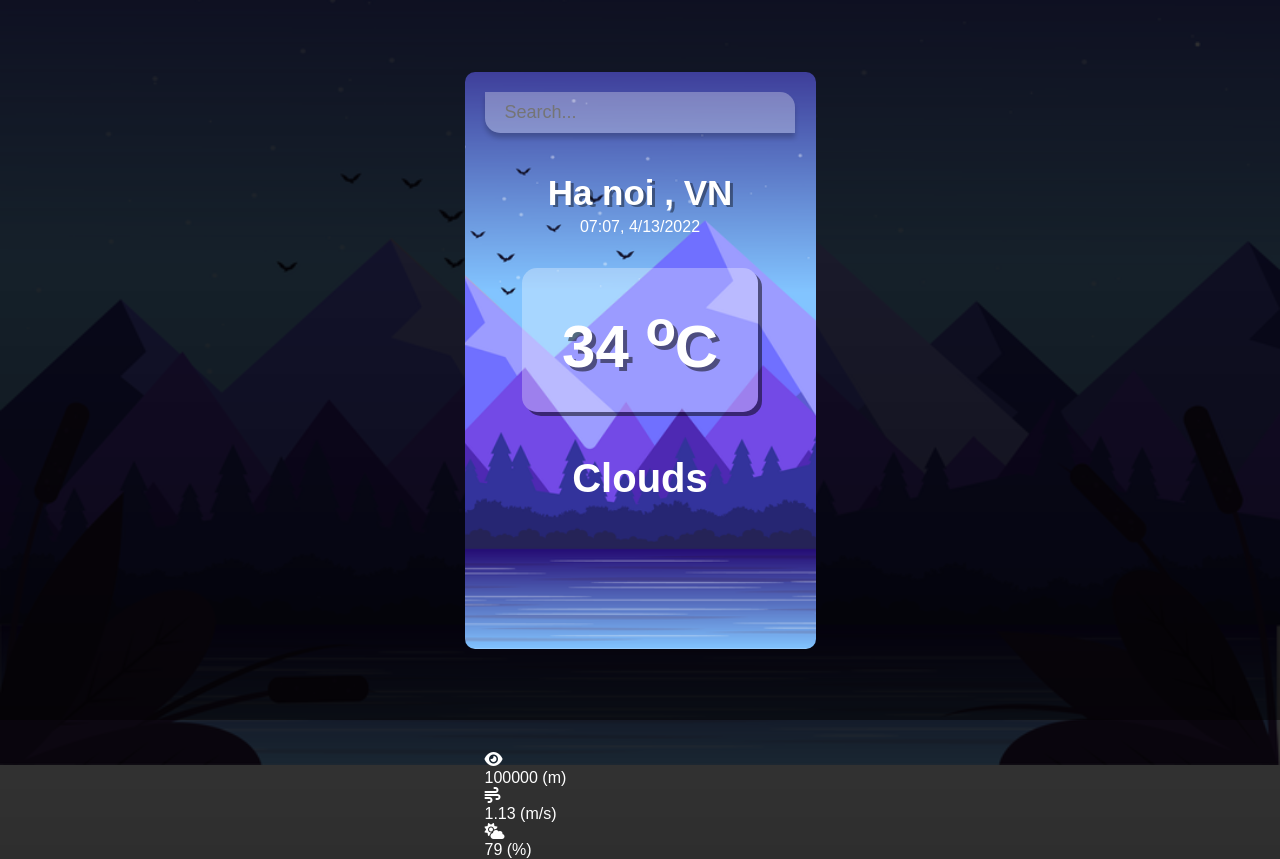
Repository: nganha241/weather-app
Page: index.html
The author's editor kept a copy of each file at every save. The page is drawn from the files as they stood at one save, then again after the next save.
The browser window is 1280 px wide. The pictures show the whole page.
Some web libraries are served in a nearby version.

Above is the page before, as saved 2022-04-13 09:51:01.

### index.html
<!DOCTYPE html>
<html lang="en">
  <head>
    <meta charset="UTF-8" />
    <meta http-equiv="X-UA-Compatible" content="IE=edge" />
    <meta name="viewport" content="width=device-width, initial-scale=1.0" />
    <title>Document</title>
    <link rel="stylesheet" href="./style.css" />
  </head>
  <body>
    <div id="weather">
      <div class="header">
        <input type="text" placeholder="Search..." />
      </div>
      <div class="content">
        <div class="city">Ha noi , <span class="country">VN</span></div>
        <div class="time">07:07, <span class="date">4/13/2022</span></div>
        <div class="deg">
          <p>34 <sup>o</sup> C</p>
        </div>
        <div class="status">Clouds</div>
      </div>
      <div class="footer">
        <div class="detail">
          <div class="distance">
            <div><i class="fa-solid fa-eye"></i></div>
            <div>100000 <span>(m)</span></div>
          </div>
          <div class="speed">
            <div><i class="fa-solid fa-wind"></i></div>
            <div>1.13 <span>(m/s)</span></div>
          </div>
          <div class="humidity">
            <div><i class="fa-solid fa-cloud-sun"></i></div>
            <div>79 <span>(%)</span></div>
          </div>
        </div>
      </div>
    </div>
    <script
      src="https://kit.fontawesome.com/ae971d7ee0.js"
      crossorigin="anonymous"
    ></script>
    <script src="./main.js"></script>
  </body>
</html>

### style.css
* {
    padding: 0;
    margin: 0;
    box-sizing: border-box;
}

body {
    font-family: sans-serif;
    height: 100vh;
    display: flex;
    justify-content: center;
    align-items: center;
    background: linear-gradient(to top, rgba(0, 0, 0, 0.9), rgba(0, 0, 0, 0.8)), url(./img1.png) no-repeat center/cover;
    color: #fff;
}

#weather {
    padding: 20px;
    width: 351px;
    height: 577px;
    border: none;
    border-radius: 10px;
    background: url(./img1.png) no-repeat center/cover;
    position: relative;
}

.header input{
    width: 310px;
    height: 41px;
    border-radius: 0px 15px 0px 15px;
    border: none;
    background: rgba(255, 255, 255, 0.3);
    box-shadow: 0px 5px 5px rgba(0, 0, 0, 0.2);
    outline: none;
    font-size: 18px;
    padding: 0 20px;
    transition: 0.4s;
}

.header input:focus {
    border-radius: 15px 0px 15px 0px;
    background: rgba(255, 255, 255, 0.7);
}

.content {
    margin-top: 40px;
    text-align: center;
}

.city {
    font-size: 35px;
    font-weight: 600;
    text-shadow: 3px 2px rgba(0, 0, 0, 0.4);
}

.time {
    margin-top: 5px;
}

.deg {
    width: 236px;
    height: 144px;
    border-radius: 15px;
    background: rgba(255, 255, 255, 0.3);
    box-shadow: 4px 4px rgba(0, 0, 0, 0.5);
    position: fixed;
    top: 50%;
    left: 50%;
    transform: translate(-50%, -50%);
    display: flex;
    justify-content: center;
    align-items: center;
    margin-top: -20px;
}

.deg p {
    font-size: 60px;
    font-weight: 800;
    text-shadow: 4px 4px rgba(0, 0, 0, 0.5) ;
}

.deg p sup {
    margin-right: -18px;
}

.status {
    margin-top: 220px;
    font-size: 40px;
    font-weight: 700;
}

.footer {
    margin-top: 250px;

}

Loaded but not shown: main.js (no copy from this time; the picture is the same without it)

After the next save:
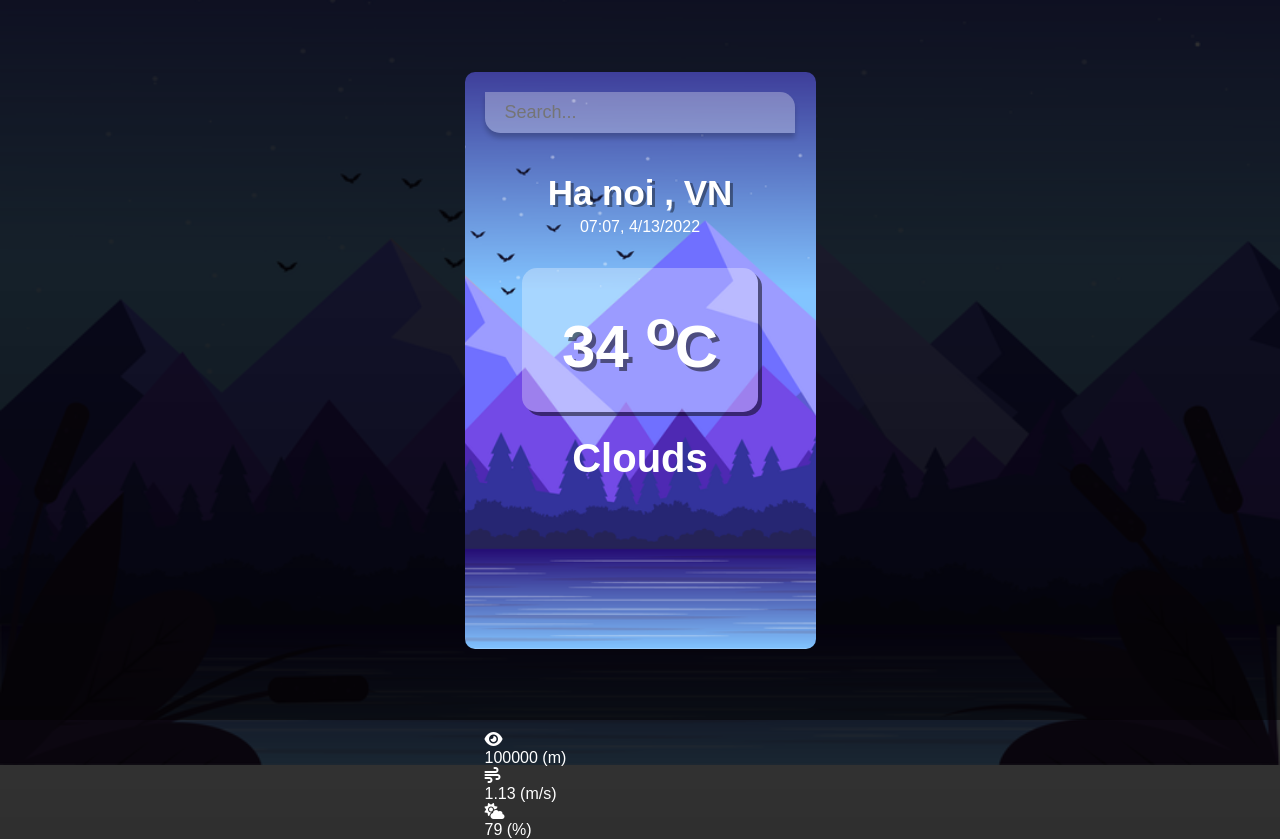
Saved 9 s later.
--- a/style.css
+++ b/style.css
@@ -84,7 +84,7 @@ body {
 }
 
 .status {
-    margin-top: 220px;
+    margin-top: 200px;
     font-size: 40px;
     font-weight: 700;
 }
